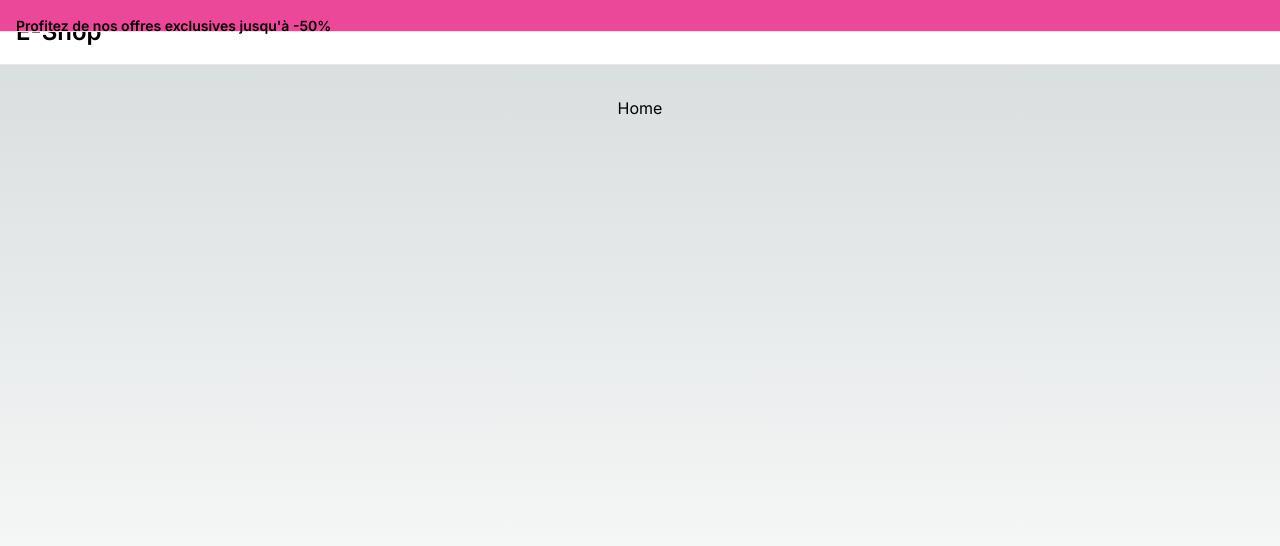
Repository: SDlevelUp/e-shop
Page: /
The author's editor kept a copy of each file at every save. The page is drawn from the files as they stood at one save, then again after the next save.
The browser window is 1280 px wide. The pictures show the whole page.
The project was rebuilt for these pictures with package versions that can differ from the ones it lists, and the page was loaded fresh each time. The framework's server and built-in components were replaced by stand-ins that run in the browser. Also part of the build but not shown: next.config.js.

Above is the page before, as saved 2023-08-29 08:59:37.

### src/app/layout.js
import './globals.css'
import { Inter } from 'next/font/google';
import Navbar from '@/components/Navbar/Navbar';
import GlobalState from '@/context';
import Banner from '@/components/Banner/Banner';
const inter = Inter({ subsets: ['latin'] })

export const metadata = {
  title: 'E-Shop, votre boutique en ligne',
  description: 'Generated by create next app',
};

export default function RootLayout({ children }) {
  return (
    <html lang="en">
      <head>
        <meta charSet="UTF-8" />
        <meta name="viewport" content="width=device-width, initial-scale=1.0" />
        <title>{metadata.title}</title>
        <meta name="description" content={metadata.description} />
      </head>
      <body className={inter.className}>
        <GlobalState>
          <Banner />
          <Navbar />
          <main>{children}</main>
        </GlobalState>
      </body>
    </html>
  )
}

### src/app/page.js
import React from 'react';

function Home() {
  return (
    <main className="flex min-h-screen flex-col items-center justify-between p-24">
      <div>
        <h1>Home</h1>
      </div>
    </main>
  );
}

export default Home;

### src/components/Navbar/Navbar.jsx
"use client";

export default function Navbar() {
    return (
        <>
            <nav className="bg-white fixed w-full top-0 left-0 border-b border-gray-200">
                <div className="max-w-screen-xl flex flex-wrap items-center justify-between mx-auto p-4">
                    <div className="flex items-center cursor-pointer">
                        <span className="self-center text-2xl font-semibold whitespace-nowrap">
                            E-Shop
                        </span>
                    </div>
                    <div className="flex md:order-2"></div>
                </div>
            </nav >
        </>
    );
}

### src/context/index.js
"use client";

import { createContext } from 'react';

export const GlobalContext = createContext(null);

export default function GlobalState({ children }) {
    return (
        <GlobalContext.Provider value={{}}>{children}</GlobalContext.Provider>
    )
}

### src/components/Banner/Banner.jsx
"use client";

export default function Banner() {
    return (
        <>
            <nav className="bg-pink-500 z-20 fixed w-full top-0 left-0 border-b border-gray-200 h-8">
                <div className="max-w-screen-xl flex flex-wrap items-center justify-between mx-auto p-4">
                    <span className="self-center text-sm font-semibold whitespace-nowrap">

                    Profitez de nos offres exclusives jusqu'à -50%


                    </span>

                </div>
            </nav >
        </>
    );
}

Loaded but not shown: src/app/globals.css (common file); tailwind.config.js (common file)

After the next save:
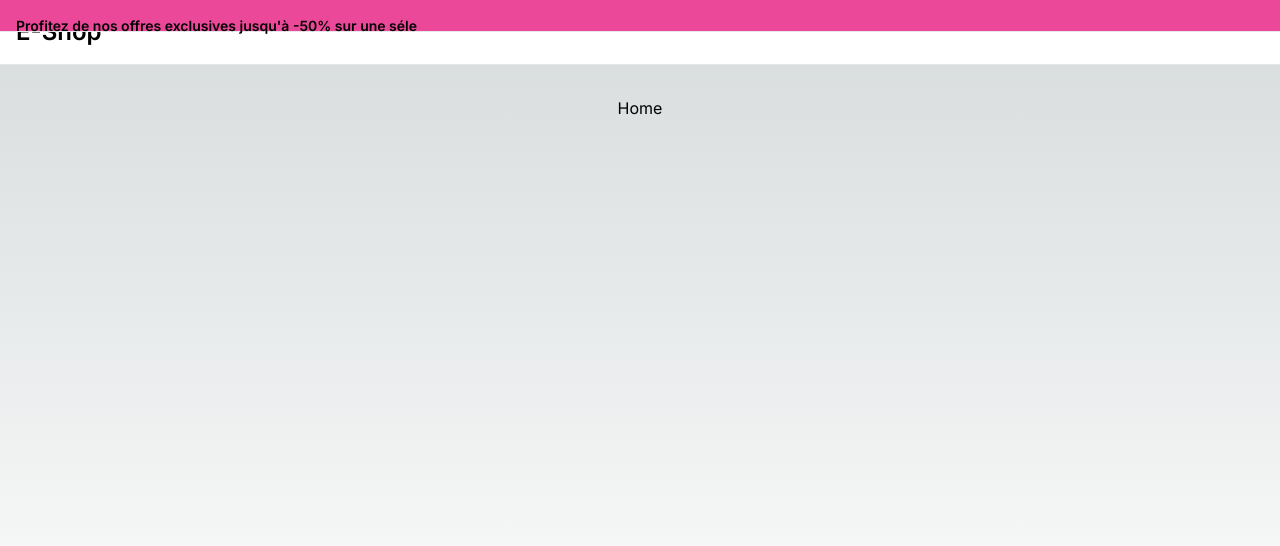
Saved 4 s later.
--- a/src/components/Banner/Banner.jsx
+++ b/src/components/Banner/Banner.jsx
@@ -7,7 +7,7 @@ export default function Banner() {
                 <div className="max-w-screen-xl flex flex-wrap items-center justify-between mx-auto p-4">
                     <span className="self-center text-sm font-semibold whitespace-nowrap">
 
-                    Profitez de nos offres exclusives jusqu'à -50%
+                    Profitez de nos offres exclusives jusqu'à -50% sur une séle
 
 
                     </span>
